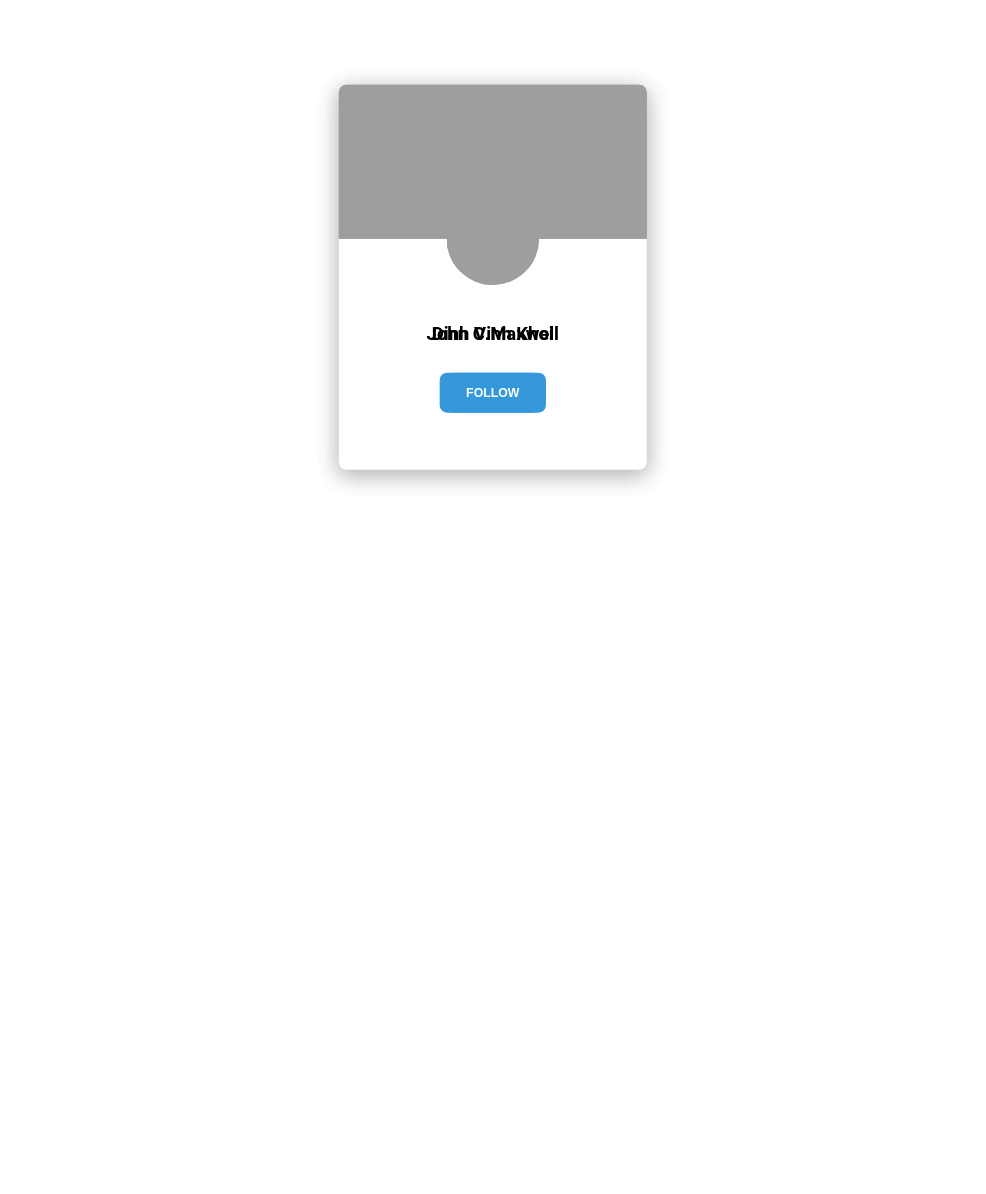
Repository: DVKHOI/BaiTapReact
Page: / (app in profile-card/)
These files come from the project's save history. The page is drawn as it stood at one moment and after the next save; the edit follows.
The browser window is 1280 px wide. The pictures show the whole page, at 77% of full size.
Pictures or frames that could not be fetched are drawn as grey boxes. The project was rebuilt for these pictures with package versions that can differ from the ones it lists, and the page was loaded fresh each time.

Above is the page before, as saved 2022-10-07 08:12:13.

### profile-card/src/App.js
import logo from "./logo.svg";
import "./App.css";

function App() {
  return (
    <div className="card">
      <div>
        <Profile
          image="https://images.pexels.com/photos/614810/pexels-photo-614810.jpeg?auto=compress&cs=tinysrgb&dpr=1&w=500"
          name="Dinh Vinh Khoi"
          btn="Submit"
        ></Profile>
      </div>
      <div>
        <Profile
          image="https://images.gr-assets.com/authors/1492314822p8/68.jpg"
          name="John C.Maxwell"
          btn="FOLLOW"
        ></Profile>
      </div>
    </div>
  );
}
function Profile(props) {
  return (
    <div className="container">
      <div className="card">
        <div className="card--header" />
        <img className="avatar" src={props.image} alt="avatar" />
        <div className="card--body">
          <div>
            <p className="text-header">{props.name}</p>
            <p className="text-sub">{props.desc}</p>
            <button className="btn third">{props.btn}</button>
          </div>
        </div>
      </div>
    </div>
  );
}
export default App;

### profile-card/src/App.css
.App {
  text-align: center;
}

.App-logo {
  height: 40vmin;
  pointer-events: none;
}

@media (prefers-reduced-motion: no-preference) {
  .App-logo {
    animation: App-logo-spin infinite 20s linear;
  }
}

.App-header {
  background-color: #282c34;
  min-height: 100vh;
  display: flex;
  flex-direction: column;
  align-items: center;
  justify-content: center;
  font-size: calc(10px + 2vmin);
  color: white;
}

.App-link {
  color: #61dafb;
}

@keyframes App-logo-spin {
  from {
    transform: rotate(0deg);
  }
  to {
    transform: rotate(360deg);
  }
}

/* Css bai tap profile card */
@import url("https://fonts.googleapis.com/css2?family=Roboto:wght@300&display=swap");

body {
  font-family: "Roboto", sans-serif;
}

.container {
  height: 100vh;
  width: 100%;
}

.card {
  height: 500px;
  width: 400px;
  margin: auto;
  position: absolute;
  top: 0;
  bottom: 0;
  left: 0;
  right: 0;
  border-radius: 10px;
  box-shadow: rgba(100, 100, 111, 0.2) 0px 7px 29px 0px;
}

.card--header {
  height: 200px;
  border-top-left-radius: 10px;
  border-top-right-radius: 10px;
  background-image: url("https://chiase24.com/wp-content/uploads/2019/07/T%E1%BB%95ng-h%E1%BB%A3p-c%C3%A1c-h%C3%ACnh-%E1%BA%A3nh-background-%C4%91%E1%BA%B9p-nh%E1%BA%A5t-21.jpg");
}

.avatar {
  border-radius: 50%;
  height: 120px;
  width: 120px;
  text-align: center;
  position: absolute;
  top: 140px;
  left: 140px;
  display: block;
  margin: auto;
}

.card--body {
  height: 300px;
  padding: 7%;
  display: flex;
  align-items: center;
  justify-content: center;
  text-align: center;
}

.text-header {
  font-weight: bold;
  font-size: 24px;
  margin-top: 0;
  margin-bottom: 10px;
}

.text-sub {
  font-size: 16px;
  line-height: 1.5;
}

.btn {
  background-color: #3498db;
  border: 2px solid #3498db;
  border-radius: 0.6em;
  color: #fff;
  cursor: pointer;
  font-size: 1rem;
  font-weight: 400;
  line-height: 1;
  margin: 20px;
  padding: 1em 2em;
  text-align: center;
  font-weight: 700;
}

Loaded but not shown: profile-card/public/index.html (common file); profile-card/src/index.js (common file); profile-card/src/index.css (common file); profile-card/src/reportWebVitals.js (common file)

After the next save:
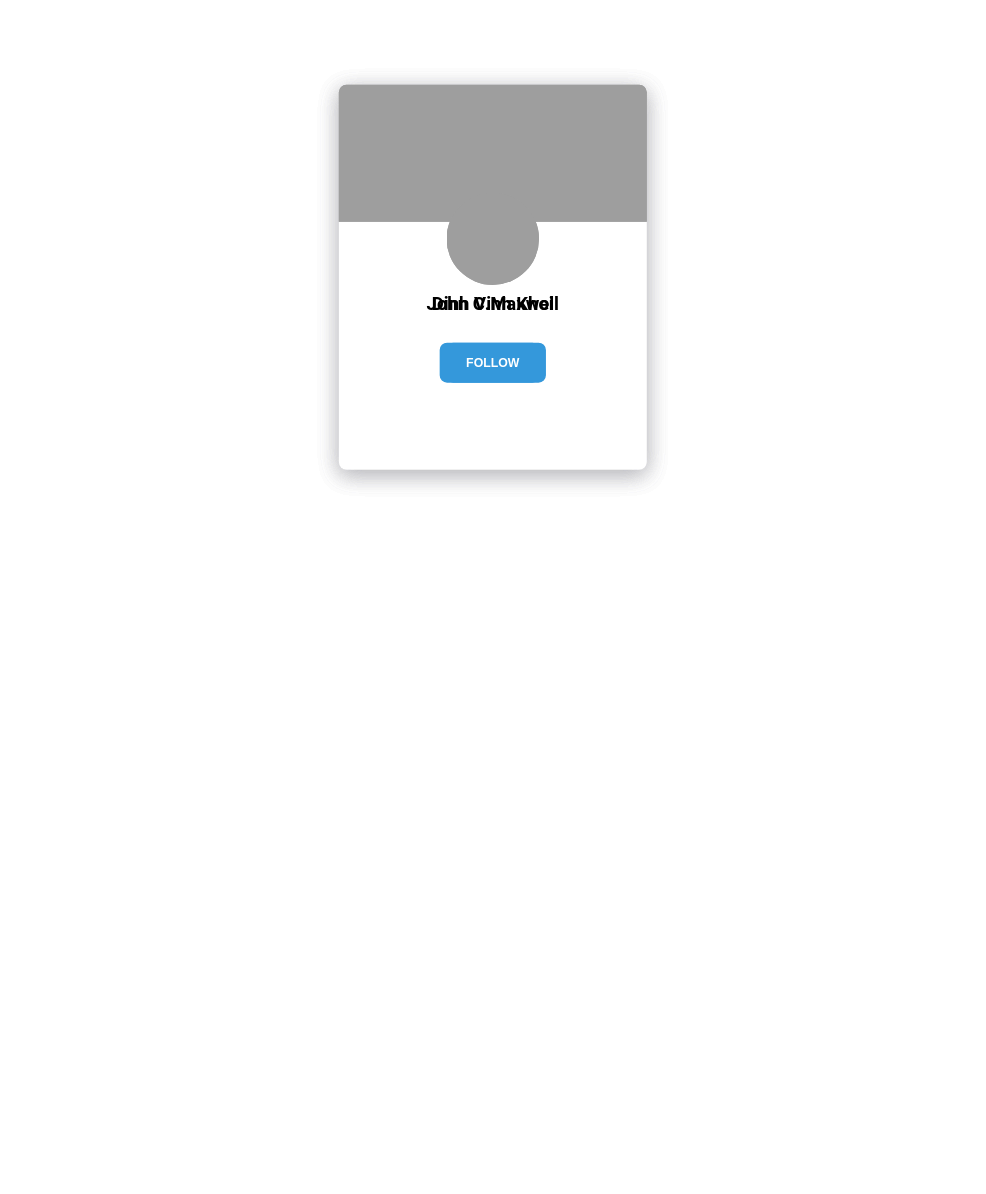
Saved 18 s later.
--- a/profile-card/src/App.css
+++ b/profile-card/src/App.css
@@ -116,3 +116,7 @@ body {
   text-align: center;
   font-weight: 700;
 }
+.card {
+  display: flex;
+  flex-direction: column;
+}
